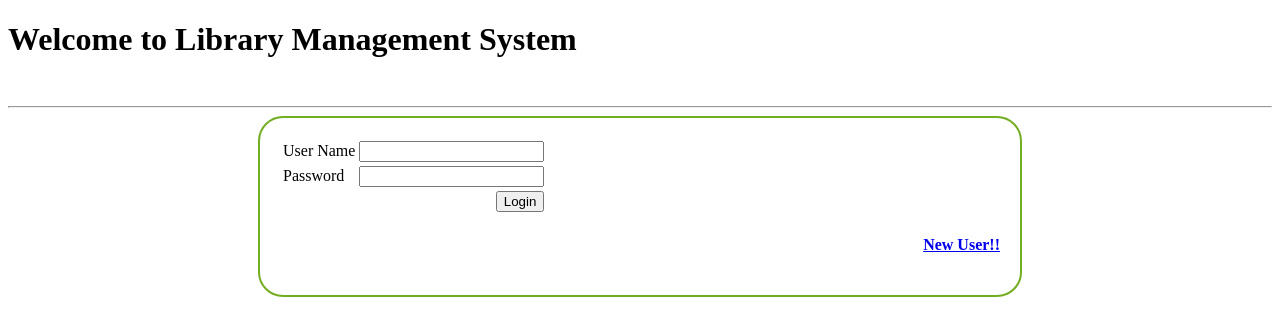
Repository: paragpatidar/LibraryManagementSystem
Page: http://localhost/LibraryManagementSystemSpring/
These files come from the project's save history. The page is drawn as it stood at one moment and after the next save; the edit follows.
The browser window is 1280 px wide. The pictures show the whole page.
The page is served by Tomcat 9. Nobody is signed in. The application's start-up code is not run.

Above is the page before, as saved 2017-11-08 04:23:26.

After the next save:
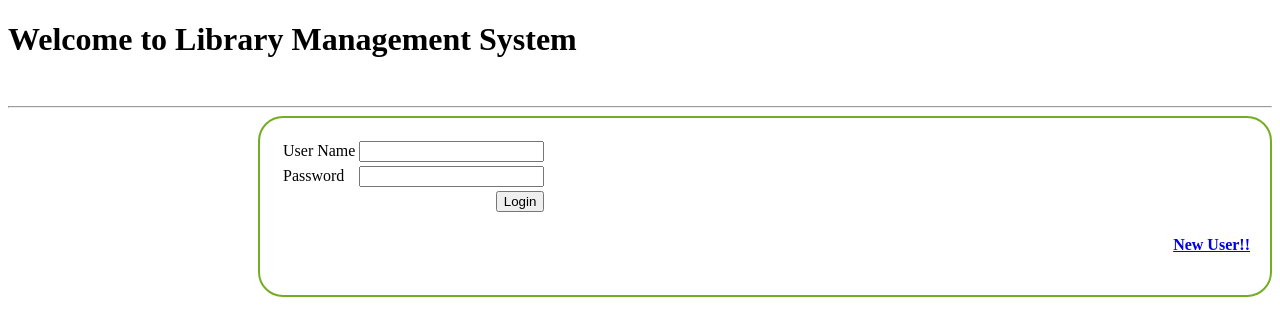
Saved 60 s later.
--- a/LibraryManagementSystemSpring/WebContent/index.jsp
+++ b/LibraryManagementSystemSpring/WebContent/index.jsp
@@ -10,7 +10,7 @@
     border-radius: 25px;
     border: 2px solid #73AD21;
     padding: 20px;
-    margin-right : 250px;
+    margin-right : 27ss0px;
     margin-left : 250px;
 }
 </style>
